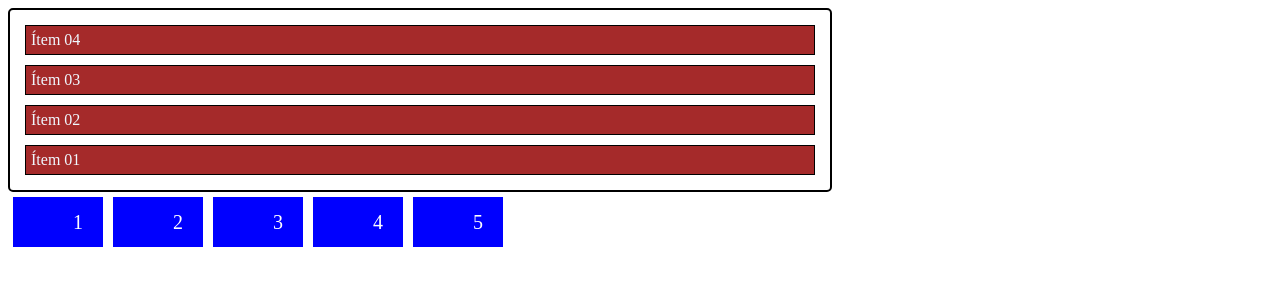
Repository: ozielms/flexbox
Page: outros/flexbox-master/index.html
The author's editor kept a copy of each file at every save. The page is drawn from the files as they stood at one save, then again after the next save.
The browser window is 1280 px wide. The pictures show the whole page.

Above is the page before, as saved 2022-04-25 23:37:54.

After the next save:
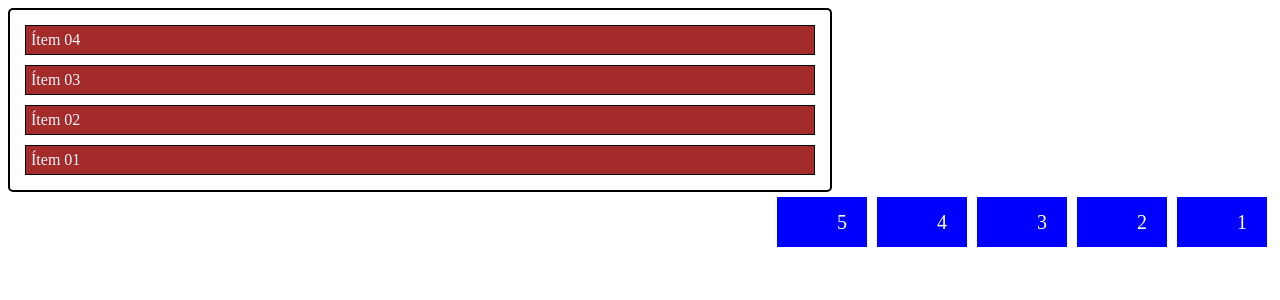
Saved 8 s later.
--- a/outros/flexbox-master/css/estilo.css
+++ b/outros/flexbox-master/css/estilo.css
@@ -35,5 +35,5 @@
 }
 
 .row {
-    flex-direction: row;
+    flex-direction: row-reverse;
 }

After the save that followed:
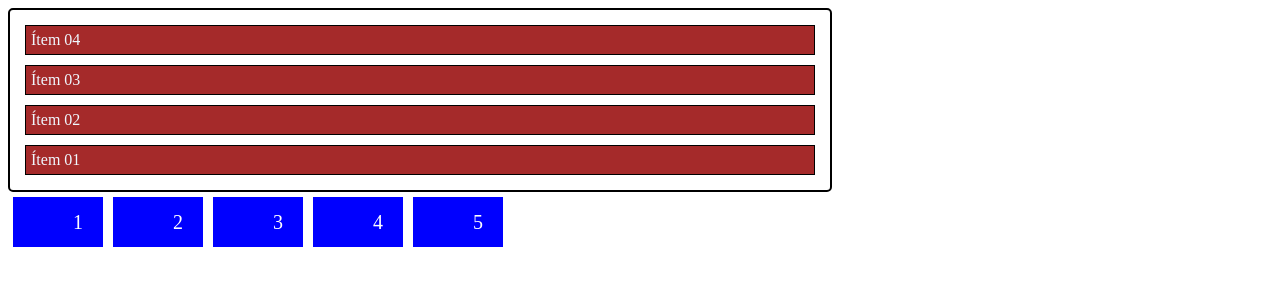
Saved 24 s later.
--- a/outros/flexbox-master/css/estilo.css
+++ b/outros/flexbox-master/css/estilo.css
@@ -35,5 +35,9 @@
 }
 
 .row {
+    flex-direction: row;
+}
+
+.row-reverse {
     flex-direction: row-reverse;
 }
